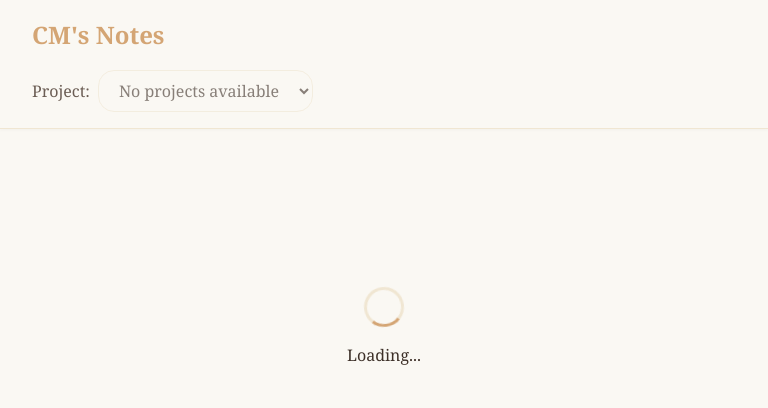
Repository: wojacklabs/CM-s-Note
Page: /users
The author's editor kept a copy of each file at every save. The page is drawn from the files as they stood at one save, then again after the next save.
The browser window is 768 px wide. The pictures show the whole page.
The page's requests for data from a server got no answer. The project was rebuilt for these pictures with package versions that can differ from the ones it lists, and the page was loaded fresh each time. No one was signed in, and anything a server would have sent is missing. Also part of the build but not shown: vite.config.ts, src/components/UserCard.css, src/components/UserCard.tsx, src/components/FilterBar.css, src/components/FilterBar.tsx, src/components/NoteModal.css, src/components/NoteModal.tsx, src/components/TweetCard.css and 1 more.

Above is the page before, as saved 2025-07-17 15:34:42.

After the next save:
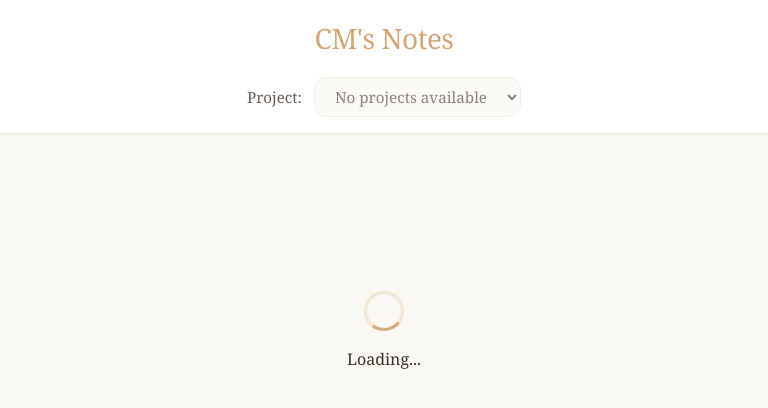
Saved 25 s later.
--- a/src/components/Header.css
+++ b/src/components/Header.css
@@ -1,21 +1,17 @@
 .header {
-  background-color: var(--background);
+  background-color: var(--surface);
   border-bottom: 1px solid var(--border);
   box-shadow: var(--shadow-sm);
-  position: sticky;
-  top: 0;
-  z-index: 100;
 }
 
 .header-container {
-  max-width: 1280px;
+  max-width: 1200px;
   margin: 0 auto;
-  padding: 1rem 2rem;
+  padding: 1.5rem 2rem;
   display: flex;
   align-items: center;
   justify-content: space-between;
-  flex-wrap: wrap;
-  gap: 1rem;
+  gap: 2rem;
 }
 
 .header-left {
@@ -25,34 +21,44 @@
 }
 
 .logo {
-  font-size: 1.5rem;
-  font-weight: bold;
+  font-size: 1.75rem;
+  font-weight: normal;
   color: var(--primary-color);
+  letter-spacing: -0.02em;
 }
 
 .project-selector {
   display: flex;
   align-items: center;
-  gap: 0.5rem;
+  gap: 0.75rem;
 }
 
 .project-selector label {
-  font-weight: 500;
+  font-weight: 400;
   color: var(--text-secondary);
+  font-size: 0.95rem;
 }
 
 .project-selector select {
   padding: 0.5rem 1rem;
   border: 1px solid var(--border);
-  border-radius: var(--radius);
+  border-radius: var(--radius-sm);
   background-color: var(--background);
   color: var(--text-primary);
   min-width: 150px;
-  transition: border-color 0.2s ease;
+  font-size: 0.95rem;
+  transition: all 0.2s ease;
 }
 
 .project-selector select:hover:not(:disabled) {
   border-color: var(--primary-color);
+  background-color: var(--surface);
+}
+
+.project-selector select:focus {
+  outline: none;
+  border-color: var(--primary-color);
+  box-shadow: 0 0 0 2px rgba(212, 165, 116, 0.2);
 }
 
 .project-selector select:disabled {
@@ -62,6 +68,8 @@
 
 .loading-text {
   color: var(--text-secondary);
+  font-style: italic;
+  font-size: 0.95rem;
 }
 
 .header-nav {
@@ -91,6 +99,8 @@
   .header-container {
     flex-direction: column;
     align-items: stretch;
+    gap: 1rem;
+    padding: 1rem;
   }
 
   .header-left {
@@ -98,6 +108,14 @@
     width: 100%;
   }
 
+  .logo {
+    text-align: center;
+  }
+
+  .project-selector {
+    justify-content: center;
+  }
+
   .header-nav {
     width: 100%;
     justify-content: center;
